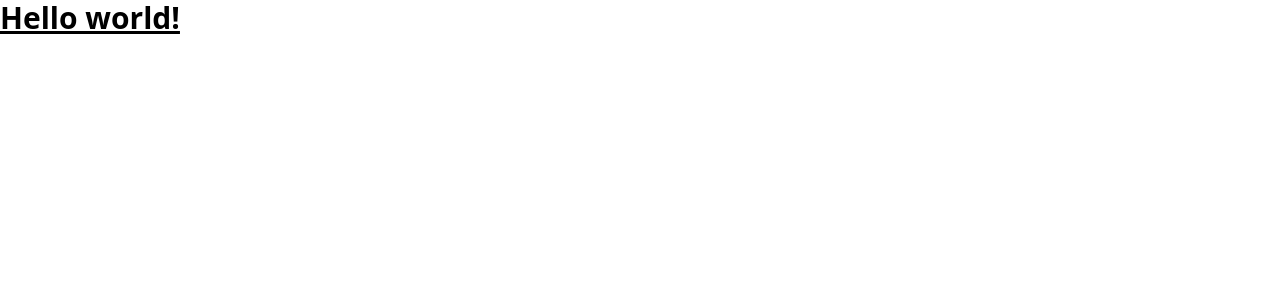
Repository: kocokoy/apple_website
Page: /
These files come from the project's save history. The page is drawn as it stood at one moment and after the next save; the edit follows.
The browser window is 1280 px wide. The pictures show the whole page.
The project was rebuilt for these pictures with package versions that can differ from the ones it lists, and the page was loaded fresh each time. Also part of the build but not shown: vite.config.js.

Above is the page before, as saved 2025-05-19 15:31:12.

### src/index.css
@tailwind base;
@tailwind components;
@tailwind utilities;

/*
* {
  margin: 0;
  padding: 0;
  box-sizing: border-box;
}

body {
  color: white;
  width: 100dvw;
  overflow-x: hidden;
  height: 100%;
  background: #000;
  border-color: #3b3b3b;
  user-select: none;
}

canvas {
  touch-action: none;
}

.scrim-max-width {
  margin-inline-start: auto;
  margin-inline-end: auto;
  position: relative;
  max-width: 1120px;
}

@layer utilities {
  .flex-center {
    @apply flex items-center justify-center
  }

  .nav-height {
    @apply h-[calc(100vh-60px)]
  }

  .btn {
    @apply px-5 py-2 rounded-3xl bg-blue my-5 hover:bg-transparent border border-transparent hover:border hover:text-blue hover:border-blue
  }

  .color-container {
    @apply flex items-center justify-center px-4 py-4 rounded-full bg-gray-300 backdrop-blur
  }

  .size-btn-container {
    @apply flex items-center justify-center p-1 rounded-full bg-gray-300 backdrop-blur ml-3 gap-1
  }

  .size-btn {
    @apply w-10 h-10 text-sm flex justify-center items-center bg-white text-black rounded-full transition-all
  }

  .common-padding {
    @apply sm:py-32 py-20 sm:px-10 px-5
  }

  .section-heading {
    @apply text-gray lg:text-6xl md:text-5xl text-3xl lg:mb-0 mb-5 font-medium opacity-0 translate-y-20
  }

  .feature-text {
    @apply text-gray max-w-md text-lg md:text-xl font-semibold opacity-0 translate-y-[100px]
  }

  .feature-text-container {
    @apply w-full flex-center flex-col md:flex-row mt-10 md:mt-16 gap-5
  }

  .feature-video {
    @apply w-full h-full object-cover object-center scale-150 opacity-0
  }

  .feature-video-container {
    @apply w-full flex flex-col md:flex-row gap-5 items-center
  }

  .link {
    @apply text-blue hover:underline cursor-pointer flex items-center text-xl opacity-0 translate-y-20
  }

  .control-btn {
    @apply ml-4 p-4 rounded-full bg-gray-300 backdrop-blur flex-center
  }

  .hero-title {
    @apply text-center font-semibold text-3xl text-gray-100 opacity-0 max-md:mb-10
  }

  .hiw-title {
    @apply text-4xl md:text-7xl font-semibold text-center
  }

  .hiw-subtitle {
    @apply text-gray font-semibold text-xl md:text-2xl py-10 text-center
  }

  .hiw-video {
    @apply absolute w-[95%] h-[90%] rounded-[56px] overflow-hidden
  }

  .hiw-text-container {
    @apply flex md:flex-row flex-col justify-between items-start gap-24
  }

  .hiw-text {
    @apply text-gray text-xl font-normal md:font-semibold
  }

  .hiw-bigtext {
    @apply text-white text-3xl md:text-5xl font-normal md:font-semibold my-2
  }

  .video-carousel_container {
    @apply relative sm:w-[70vw] w-[88vw] md:h-[70vh] sm:h-[50vh] h-[35vh]
  }

  .g_fadeIn {
    @apply opacity-0 translate-y-[100px]
  }
} */

### src/App.jsx
const App = () => {
  return (
    <h1 className="text-3xl font-bold underline">
      Hello world!
    </h1>
  )
}

export default App

Loaded but not shown: index.html (common file); src/main.jsx (common file); tailwind.config.js (common file)

After the next save:
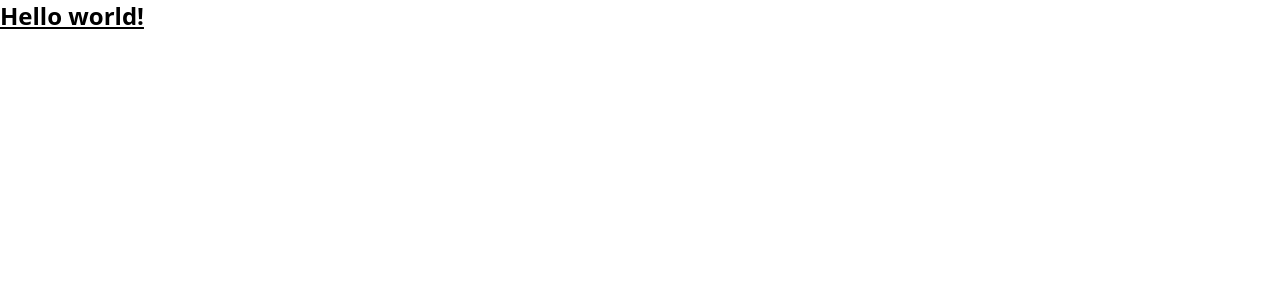
Saved 70 s later.
--- a/src/App.jsx
+++ b/src/App.jsx
@@ -1,6 +1,6 @@
 const App = () => {
   return (
-    <h1 className="text-3xl font-bold underline">
+    <h1 className="text-2xl font-bold underline">
       Hello world!
     </h1>
   )
